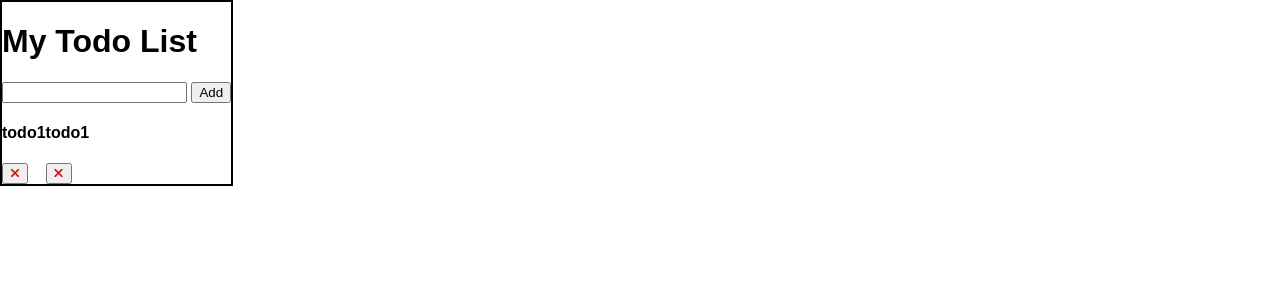
Repository: harshit-technocrat11/basic-DOM-projects
Page: 03-todo-list/index.html
These files come from the project's save history. The page is drawn as it stood at one moment and after the next save; the edit follows.
The browser window is 1280 px wide. The pictures show the whole page.

Above is the page before, as saved 2025-09-07 19:26:24.

After the next save:
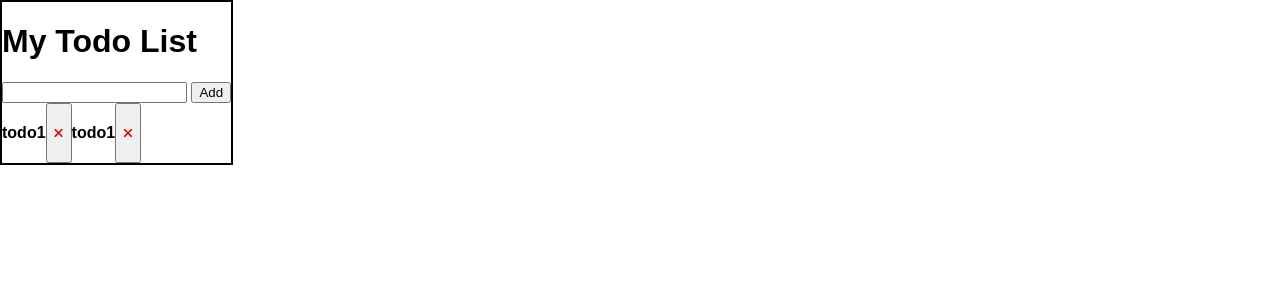
Saved 13 s later.
--- a/03-todo-list/styles/style.css
+++ b/03-todo-list/styles/style.css
@@ -14,7 +14,9 @@ body{
     align-self: center;
 }
 
-
+.todo{
+    display: flex;
+}
 .display-todos{
     display: flex;
 
